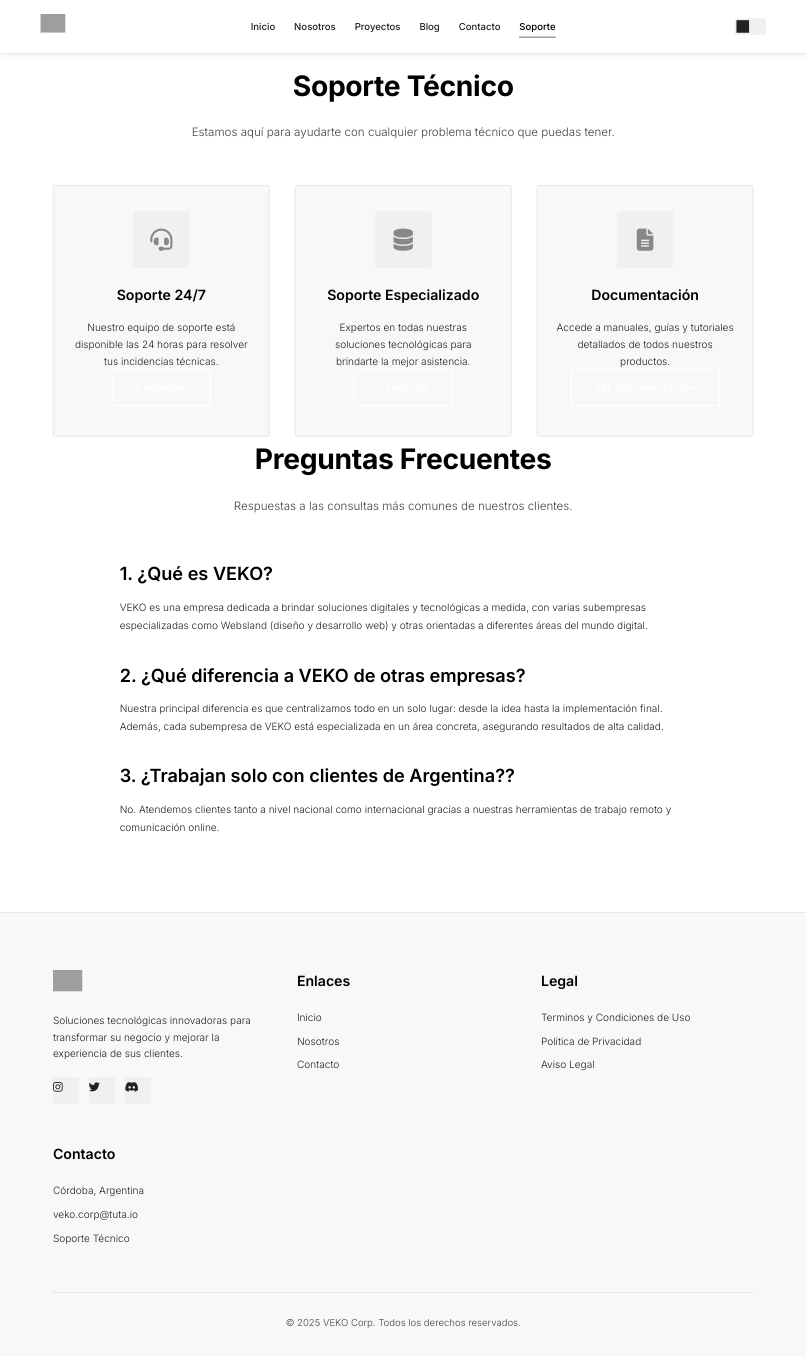
Repository: VEKO-Corp/veko-web
Page: soporte.html
These files come from the project's save history. The page is drawn as it stood at one moment and after the next save; the edit follows.
The browser window is 1280 px wide. The pictures show the whole page, at 63% of full size.
Pictures or frames that could not be fetched are drawn as grey boxes.

Above is the page before, as saved 2025-08-11 21:49:04.

### soporte.html
<!DOCTYPE html>
<html lang="es">
<head>
    <meta charset="UTF-8">
    <meta name="viewport" content="width=device-width, initial-scale=1.0">
    <title>Soporte - VEKO</title>
    <link href="https://fonts.googleapis.com/css2?family=Inter:wght@300;400;500;600;700&display=swap" rel="stylesheet">
    <link rel="stylesheet" href="css/style.css">
    <link rel="stylesheet" href="https://cdnjs.cloudflare.com/ajax/libs/font-awesome/6.4.0/css/all.min.css">
</head>
<body>
    <header>
        <div class="container header-container">
            <a href="index.html" class="logo">
                <img id="logo-image" src="img/logo-light.png" alt="VEKO">
            </a>
            <button class="mobile-menu-btn">☰</button>
            <nav>
                <ul>
                    <li><a href="index.html">Inicio</a></li>
                    <li><a href="nosotros.html">Nosotros</a></li>
                    <li><a href="proyectos.html">Proyectos</a></li>
                    <li><a href="blog.html">Blog</a></li>
                    <li><a href="contacto.html">Contacto</a></li>
                    <li><a href="soporte.html" class="active">Soporte</a></li>
                </ul>
            </nav>
            <div class="theme-toggle" id="themeToggle" aria-label="Cambiar tema">
                <div class="switch-handle"></div>
            </div>
        </div>
    </header>

    <section class="content-section">
        <div class="container">
            <div class="section-title">
                <h2>Soporte Técnico</h2>
                <p>Estamos aquí para ayudarte con cualquier problema técnico que puedas tener.</p>
            </div>

            <div class="services-grid">
                <div class="service-card fade-in">
                    <div class="service-icon"><i class="fas fa-headset"></i></div>
                    <h3>Soporte 24/7</h3>
                    <p>Nuestro equipo de soporte está disponible las 24 horas para resolver tus incidencias técnicas.</p>
                    <a href="contacto.html" class="btn">Contactar</a>
                </div>

                <div class="service-card fade-in delay-1">
                    <div class="service-icon"><i class="fas fa-database"></i></div>
                    <h3>Soporte Especializado</h3>
                    <p>Expertos en todas nuestras soluciones tecnológicas para brindarte la mejor asistencia.</p>
                    <a href="contacto.html" class="btn">Contactar</a>
                </div>

                <div class="service-card fade-in delay-2">
                    <div class="service-icon"><i class="fas fa-file-alt"></i></div>
                    <h3>Documentación</h3>
                    <p>Accede a manuales, guías y tutoriales detallados de todos nuestros productos.</p>
                    <a href="#" class="btn">Ver Documentación</a>
                </div>
            </div>

            <div class="section-title">
                <h2>Preguntas Frecuentes</h2>
                <p>Respuestas a las consultas más comunes de nuestros clientes.</p>
            </div>

            <div class="content-container">
                <h3>1. ¿Qué es VEKO?</h3>
                <p>VEKO es una empresa dedicada a brindar soluciones digitales y tecnológicas a medida, con varias subempresas especializadas como Websland (diseño y desarrollo web) y otras orientadas a diferentes áreas del mundo digital.</p>

                <h3>2. ¿Qué diferencia a VEKO de otras empresas?</h3>
                <p>Nuestra principal diferencia es que centralizamos todo en un solo lugar: desde la idea hasta la implementación final. Además, cada subempresa de VEKO está especializada en un área concreta, asegurando resultados de alta calidad.</p>

                <h3>3. ¿Trabajan solo con clientes de Argentina??</h3>
                <p>No. Atendemos clientes tanto a nivel nacional como internacional gracias a nuestras herramientas de trabajo remoto y comunicación online.</p>
            </div>
        </div>
    </section>

    <footer>
        <div class="container">
            <div class="footer-content">
                <div class="footer-column fade-in">
                    <div class="logo-footer">
                        <img id="footer-logo" src="img/logo-light.png" alt="VEKO">
                    </div>
                    <p>Soluciones tecnológicas innovadoras para transformar su negocio y mejorar la experiencia de sus clientes.</p>
                    <div class="social-icons">
                        <a href="https://instagram.com" class="social-icon" target="_blank" rel="noopener">
                        <i class="fab fa-instagram"></i>
                        </a>
                        <a href="https://twitter.com" class="social-icon" target="_blank" rel="noopener">
                        <i class="fab fa-twitter"></i>
                        </a>
                        <a href="https://discord.gg/Fd7Y59jMyu" class="social-icon" target="_blank" rel="noopener">
                        <i class="fab fa-discord"></i>
                        </a>
                    </div>
                </div>

                <div class="footer-column fade-in delay-1">
                    <h3>Enlaces</h3>
                    <a href="index.html">Inicio</a>
                    <a href="nosotros.html">Nosotros</a>
                    <a href="contacto.html">Contacto</a>
                </div>

                <div class="footer-column fade-in delay-2">
                    <h3>Legal</h3>
                    <a href="terminos-y-condiciones-de-uso.html">Terminos y Condiciones de Uso</a>
                    <a href="politica-de-privacidad.html">Politica de Privacidad</a>
                    <a href="aviso-legal.html">Aviso Legal</a>
                </div>

                <div class="footer-column fade-in delay-3">
                    <h3>Contacto</h3>
                    <p>Córdoba, Argentina</p>
                    <p>veko.corp@tuta.io</p>
                    <a href="soporte.html">Soporte Técnico</a>
                </div>
            </div>

            <div class="footer-bottom fade-in delay-4">
                <p>&copy; 2025 VEKO Corp. Todos los derechos reservados.</p>
            </div>
        </div>
    </footer>

    <script src="js/script.js"></script>
</body>
</html>

### css/style.css
:root {
    /* Variables para modo claro */
    --bg-primary: #FFFFFF;
    --bg-secondary: #F8F8F8;
    --bg-tertiary: #F0F0F0;
    --text-primary: #000000;
    --text-secondary: #222222;
    --text-tertiary: #444444;
    --accent: #888888;
    --accent-light: #CCCCCC;
    --border: #DDDDDD;
    --button-bg: #222222;
    --button-text: #FFFFFF;
    --shadow: rgba(0, 0, 0, 0.08);
    --overlay: rgba(0, 0, 0, 0.5);
}

.dark-mode {
    /* Variables para modo oscuro */
    --bg-primary: #000000;
    --bg-secondary: #111111;
    --bg-tertiary: #1A1A1A;
    --text-primary: #FFFFFF;
    --text-secondary: #E0E0E0;
    --text-tertiary: #AAAAAA;
    --accent: #777777;
    --accent-light: #333333;
    --border: #333333;
    --button-bg: #EEEEEE;
    --button-text: #000000;
    --shadow: rgba(255, 255, 255, 0.05);
    --overlay: rgba(0, 0, 0, 0.7);
}

* {
    margin: 0;
    padding: 0;
    box-sizing: border-box;
    transition: background-color 0.4s ease, color 0.4s ease, border-color 0.4s ease, transform 0.4s cubic-bezier(0.25, 0.46, 0.45, 0.94);
}

body {
    font-family: 'Inter', sans-serif;
    background-color: var(--bg-primary);
    color: var(--text-primary);
    line-height: 1.65;
    overflow-x: hidden;
    -webkit-font-smoothing: antialiased;
    -moz-osx-font-smoothing: grayscale;
}

.container {
    width: 90%;
    max-width: 1280px;
    margin: 0 auto;
    padding: 0 20px;
}

/* Header y navegación */
header {
    position: fixed;
    top: 0;
    left: 0;
    width: 100%;
    background-color: var(--bg-primary);
    border-bottom: 1px solid var(--border);
    z-index: 1000;
    transition: all 0.4s ease;
    box-shadow: 0 2px 10px var(--shadow);
}

header.scrolled {
    box-shadow: 0 6px 20px var(--shadow);
}

.header-container {
    display: flex;
    justify-content: space-between;
    align-items: center;
    padding: 18px 0;
}

.logo {
    font-size: 1.8rem;
    font-weight: 700;
    color: var(--text-primary);
    text-decoration: none;
    letter-spacing: -0.5px;
}

.logo span {
    font-weight: 300;
}

/* Estilos para logos */
.header-container .logo img {
    height: 30px;
    width: auto;
    transition: all 0.4s ease;
}

.footer-column .logo-footer img {
    height: 35px;
    width: auto;
    margin-bottom: 25px;
}

nav ul {
    display: flex;
    list-style: none;
}

nav ul li {
    margin-left: 30px;
}

nav ul li a {
    color: var(--text-secondary);
    text-decoration: none;
    font-weight: 500;
    font-size: 0.95rem;
    position: relative;
    padding: 8px 0;
    transition: color 0.3s ease;
}

nav ul li a:after {
    content: '';
    position: absolute;
    bottom: 0;
    left: 0;
    width: 0;
    height: 2px;
    background-color: var(--accent);
    transition: width 0.4s cubic-bezier(0.22, 0.61, 0.36, 1);
}

nav ul li a:hover:after,
nav ul li a.active:after {
    width: 100%;
}

nav ul li a:hover,
nav ul li a.active {
    color: var(--text-primary);
}

.theme-toggle {
    position: relative;
    width: 50px;
    height: 26px;
    background-color: var(--bg-tertiary);
    border-radius: 2px;
    cursor: pointer;
    overflow: hidden;
    margin-left: 20px;
}

.switch-handle {
    position: absolute;
    top: 3px;
    left: 3px;
    width: 20px;
    height: 20px;
    background-color: var(--button-bg);
    transition: all 0.4s cubic-bezier(0.22, 0.61, 0.36, 1);
}

.dark-mode .switch-handle {
    transform: translateX(24px);
}

.mobile-menu-btn {
    display: none;
    background: none;
    border: none;
    font-size: 1.5rem;
    color: var(--text-primary);
    cursor: pointer;
    padding: 5px;
}

/* Banner principal */
.hero {
    height: 100vh;
    display: flex;
    align-items: center;
    background:
        linear-gradient(var(--overlay), var(--overlay)),
        url('data:[embedded picture, 230 characters]');
    background-size: cover;
    background-position: center;
    position: relative;
    margin-top: 80px;
}

.hero-content {
    max-width: 780px;
    color: white;
    transform: translateY(30px);
    opacity: 0;
    animation: fadeUp 1s forwards 0.3s;
}

.hero h1 {
    font-size: 4.2rem;
    font-weight: 700;
    margin-bottom: 25px;
    line-height: 1.15;
    letter-spacing: -0.5px;
}

.hero p {
    font-size: 1.3rem;
    margin-bottom: 40px;
    max-width: 650px;
    font-weight: 300;
}

/* Botones con animación de relleno */
.btn {
    display: inline-block;
    position: relative;
    background-color: transparent;
    color: var(--button-text);
    padding: 14px 36px;
    border-radius: 0;
    text-decoration: none;
    font-weight: 600;
    font-size: 1rem;
    letter-spacing: 0.5px;
    border: 2px solid var(--button-text);
    overflow: hidden;
    z-index: 1;
    transition: color 0.4s ease;
}

.btn:before {
    content: '';
    position: absolute;
    top: 0;
    left: 0;
    width: 0;
    height: 100%;
    background: var(--button-text);
    transition: width 0.5s cubic-bezier(0.22, 0.61, 0.36, 1);
    z-index: -1;
}

.btn:hover:before {
    width: 100%;
}

.btn:hover {
    color: var(--button-bg);
}

/* Secciones comunes */
section {
    padding: 120px 0;
}

.section-title {
    text-align: center;
    margin-bottom: 70px;
}

.section-title h2 {
    font-size: 2.8rem;
    font-weight: 700;
    margin-bottom: 20px;
    color: var(--text-primary);
    letter-spacing: -0.5px;
}

.section-title p {
    font-size: 1.15rem;
    color: var(--text-tertiary);
    max-width: 700px;
    margin: 0 auto;
    font-weight: 300;
}

/* Estilos para páginas de contenido (ej: aviso legal, política de privacidad) */
.content-section {
    padding: 100px 0;
}

.content-container {
    max-width: 900px;
    margin: 0 auto;
}

.content-container h1 {
    font-size: 2.8rem;
    margin-bottom: 30px;
    color: var(--text-primary);
    font-weight: 700;
    letter-spacing: -0.5px;
}

.content-container h2 {
    font-size: 2.2rem;
    margin: 50px 0 25px;
    color: var(--text-primary);
    font-weight: 600;
}

.content-container h3 {
    font-size: 1.8rem;
    margin: 40px 0 15px;
    color: var(--text-primary);
    font-weight: 600;
}

.content-container p {
    margin-bottom: 20px;
    color: var(--text-secondary);
    font-weight: 300;
    line-height: 1.8;
}

.content-container ul, .content-container ol {
    margin: 20px 0;
    padding-left: 30px;
}

.content-container li {
    margin-bottom: 10px;
    color: var(--text-secondary);
    font-weight: 300;
    line-height: 1.8;
}

.content-container a {
    color: var(--accent);
    text-decoration: none;
    transition: color 0.3s ease;
}

.content-container a:hover {
    color: var(--text-primary);
    text-decoration: underline;
}

/* Sección Nosotros */
.about-content {
    display: flex;
    gap: 60px;
    align-items: center;
}

.about-text {
    flex: 1;
}

.about-text h3 {
    font-size: 2rem;
    margin-bottom: 25px;
    color: var(--text-primary);
    font-weight: 600;
}

.about-text p {
    margin-bottom: 25px;
    color: var(--text-secondary);
    font-weight: 300;
}

.about-image {
    flex: 1;
    height: 460px;
    background-color: var(--bg-tertiary);
    display: flex;
    align-items: center;
    justify-content: center;
    color: var(--text-tertiary);
    border-radius: 4px;
    overflow: hidden;
    position: relative;
    box-shadow: 0 10px 30px var(--shadow);
}

.about-image:after {
    content: '';
    position: absolute;
    top: 0;
    left: 0;
    width: 100%;
    height: 100%;
    background: linear-gradient(45deg, rgba(0,0,0,0.05), rgba(0,0,0,0.1));
}

/* Sección Servicios */
.services-grid {
    display: grid;
    grid-template-columns: repeat(auto-fill, minmax(320px, 1fr));
    gap: 40px;
}

.service-card {
    background-color: var(--bg-secondary);
    border-radius: 4px;
    padding: 40px 30px;
    text-align: center;
    position: relative;
    overflow: hidden;
    border: 1px solid var(--border);
    transition: transform 0.4s ease, box-shadow 0.4s ease;
}

.service-card:hover {
    transform: translateY(-10px);
    box-shadow: 0 15px 40px var(--shadow);
}

.service-icon {
    width: 90px;
    height: 90px;
    background-color: var(--bg-tertiary);
    border-radius: 4px;
    margin: 0 auto 25px;
    display: flex;
    align-items: center;
    justify-content: center;
    color: var(--accent);
    font-size: 2.2rem;
    font-weight: 300;
    transition: transform 0.4s ease;
}

.service-card:hover .service-icon {
    transform: scale(1.1);
}

.service-card h3 {
    font-size: 1.4rem;
    margin-bottom: 20px;
    color: var(--text-primary);
    font-weight: 600;
}

.service-card p {
    color: var(--text-secondary);
    font-size: 1rem;
    font-weight: 300;
    max-width: 300px;
    margin: 0 auto;
}

/* Sección Equipo */
.team-grid {
    display: grid;
    grid-template-columns: repeat(auto-fill, minmax(260px, 1fr));
    gap: 35px;
    margin-top: 60px;
}

.team-member {
    background-color: var(--bg-secondary);
    border-radius: 4px;
    overflow: hidden;
    text-align: center;
    position: relative;
    box-shadow: 0 5px 20px var(--shadow);
    transition: transform 0.4s ease;
}

.team-member:hover {
    transform: translateY(-10px);
}

.member-photo {
    height: 280px;
    background-color: var(--bg-tertiary);
    display: flex;
    align-items: center;
    justify-content: center;
    color: var(--text-tertiary);
    font-size: 1.1rem;
    position: relative;
}

.member-photo:after {
    content: '';
    position: absolute;
    bottom: 0;
    left: 0;
    width: 100%;
    height: 40%;
    background: linear-gradient(to top, rgba(0,0,0,0.2), transparent);
}

.member-info {
    padding: 25px 20px;
}

.member-info h4 {
    font-size: 1.25rem;
    margin-bottom: 8px;
    color: var(--text-primary);
    font-weight: 600;
}

.member-info p {
    color: var(--accent);
    font-size: 0.95rem;
    font-weight: 400;
}

/* Footer */
footer {
    background-color: var(--bg-secondary);
    padding: 90px 0 40px;
    border-top: 1px solid var(--border);
}

.footer-content {
    display: grid;
    grid-template-columns: repeat(auto-fit, minmax(260px, 1fr));
    gap: 50px;
    margin-bottom: 60px;
}

.footer-column h3 {
    font-size: 1.4rem;
    margin-bottom: 25px;
    color: var(--text-primary);
    font-weight: 600;
}

.footer-column p, .footer-column a {
    color: var(--text-secondary);
    margin-bottom: 12px;
    display: block;
    text-decoration: none;
    transition: color 0.3s ease;
    font-weight: 300;
}

.footer-column a:hover {
    color: var(--text-primary);
}

.social-icons {
    display: flex;
    gap: 15px;
    margin-top: 25px;
}

.social-icon {
    width: 42px;
    height: 42px;
    border-radius: 0;
    background-color: var(--bg-tertiary);
    display: flex;
    align-items: center;
    justify-content: center;
    color: var(--text-primary);
    text-decoration: none;
    transition: all 0.4s ease;
    font-size: 1.1rem;
    position: relative;
    overflow: hidden;
    z-index: 1;
}

.social-icon:before {
    content: '';
    position: absolute;
    top: 0;
    left: 0;
    width: 0;
    height: 100%;
    background: var(--accent-light);
    transition: width 0.4s ease;
    z-index: -1;
}

.social-icon:hover:before {
    width: 100%;
}

.footer-bottom {
    text-align: center;
    padding-top: 35px;
    border-top: 1px solid var(--border);
    color: var(--text-tertiary);
    font-size: 0.95rem;
    font-weight: 300;
}

/* Animaciones */
@keyframes fadeUp {
    from {
        opacity: 0;
        transform: translateY(30px);
    }
    to {
        opacity: 1;
        transform: translateY(0);
    }
}

.fade-in {
    opacity: 0;
    transform: translateY(30px);
    transition: opacity 0.8s ease, transform 0.8s ease;
}

.fade-in.appear {
    opacity: 1;
    transform: translateY(0);
}

.delay-1 { transition-delay: 0.1s; }
.delay-2 { transition-delay: 0.2s; }
.delay-3 { transition-delay: 0.3s; }
.delay-4 { transition-delay: 0.4s; }
.delay-5 { transition-delay: 0.5s; }

/* Responsive */
@media (max-width: 1200px) {
    .hero h1 {
        font-size: 3.6rem;
    }
}

@media (max-width: 992px) {
    .hero h1 {
        font-size: 3.2rem;
    }

    .about-content {
        flex-direction: column;
    }

    .about-image {
        width: 100%;
        height: 380px;
    }

    section {
        padding: 90px 0;
    }

    .content-section {
        padding: 80px 0;
    }
}

@media (max-width: 768px) {
    .mobile-menu-btn {
        display: block;
    }

    nav {
        position: fixed;
        top: 80px;
        left: 0;
        width: 100%;
        background-color: var(--bg-primary);
        border-top: 1px solid var(--border);
        border-bottom: 1px solid var(--border);
        height: 0;
        overflow: hidden;
        transition: height 0.4s ease;
    }

    nav.active {
        height: auto;
        padding: 20px 0;
    }

    nav ul {
        flex-direction: column;
        align-items: center;
    }

    nav ul li {
        margin: 12px 0;
    }

    .hero h1 {
        font-size: 2.8rem;
    }

    .hero p {
        font-size: 1.15rem;
    }

    .section-title h2 {
        font-size: 2.4rem;
    }

    .content-section {
        padding: 70px 0;
    }

    .content-container h1 {
        font-size: 2.4rem;
    }

    .content-container h2 {
        font-size: 2rem;
    }

    .content-container h3 {
        font-size: 1.5rem;
    }
}

@media (max-width: 576px) {
    .hero h1 {
        font-size: 2.4rem;
    }

    .section-title h2 {
        font-size: 2rem;
    }

    .btn {
        padding: 12px 28px;
    }

    .content-container h1 {
        font-size: 2.1rem;
    }

    .content-container h2 {
        font-size: 1.8rem;
    }
}

/* Estilos para formulario de contacto */
.contact-form {
    display: flex;
    flex-direction: column;
    gap: 20px;
}

/* Estilos específicos para botones de formulario */
.contact-form .btn {
    background-color: var(--button-bg);
    color: var(--button-text);
    border: 2px solid var(--button-bg);
}

.contact-form .btn:hover {
    color: var(--button-bg);
    background-color: transparent;
}

.contact-form .btn:before {
    background: var(--button-text);
}

/* Estilos para información de contacto */
.contact-info-list {
    list-style: none;
    padding: 0;
    margin-top: 30px;
    width: 100%;
}

.contact-info-list li {
    display: flex;
    align-items: flex-start;
    margin-bottom: 25px;
    padding-bottom: 25px;
    border-bottom: 1px solid var(--border);
}

.contact-info-list li:last-child {
    margin-bottom: 0;
    padding-bottom: 0;
    border-bottom: none;
}

.contact-icon {
    width: 50px;
    height: 50px;
    background-color: var(--bg-tertiary);
    display: flex;
    align-items: center;
    justify-content: center;
    border-radius: 4px;
    margin-right: 15px;
    flex-shrink: 0;
}

.contact-icon i {
    font-size: 1.4rem;
    color: var(--accent);
}

.contact-detail {
    flex-grow: 1;
}

.contact-detail strong {
    display: block;
    font-weight: 600;
    color: var(--text-primary);
    margin-bottom: 5px;
}

.contact-detail p {
    margin: 0;
    color: var(--text-secondary);
}

.contact-info {
    flex: 1;
    background-color: var(--bg-secondary);
    padding: 40px;
    border-radius: 4px;
    box-shadow: 0 5px 20px var(--shadow);
}

.form-group {
    display: flex;
    flex-direction: column;
    gap: 8px;
}

.form-group label {
    font-weight: 500;
    color: var(--text-primary);
}

.form-group input,
.form-group textarea {
    padding: 12px 15px;
    border: 1px solid var(--border);
    background-color: var(--bg-primary);
    color: var(--text-primary);
    font-family: 'Inter', sans-serif;
    font-size: 1rem;
}

.form-group textarea {
    resize: vertical;
    min-height: 120px;
}

Loaded but not shown: js/script.js (119 lines, source omitted)

After the next save:
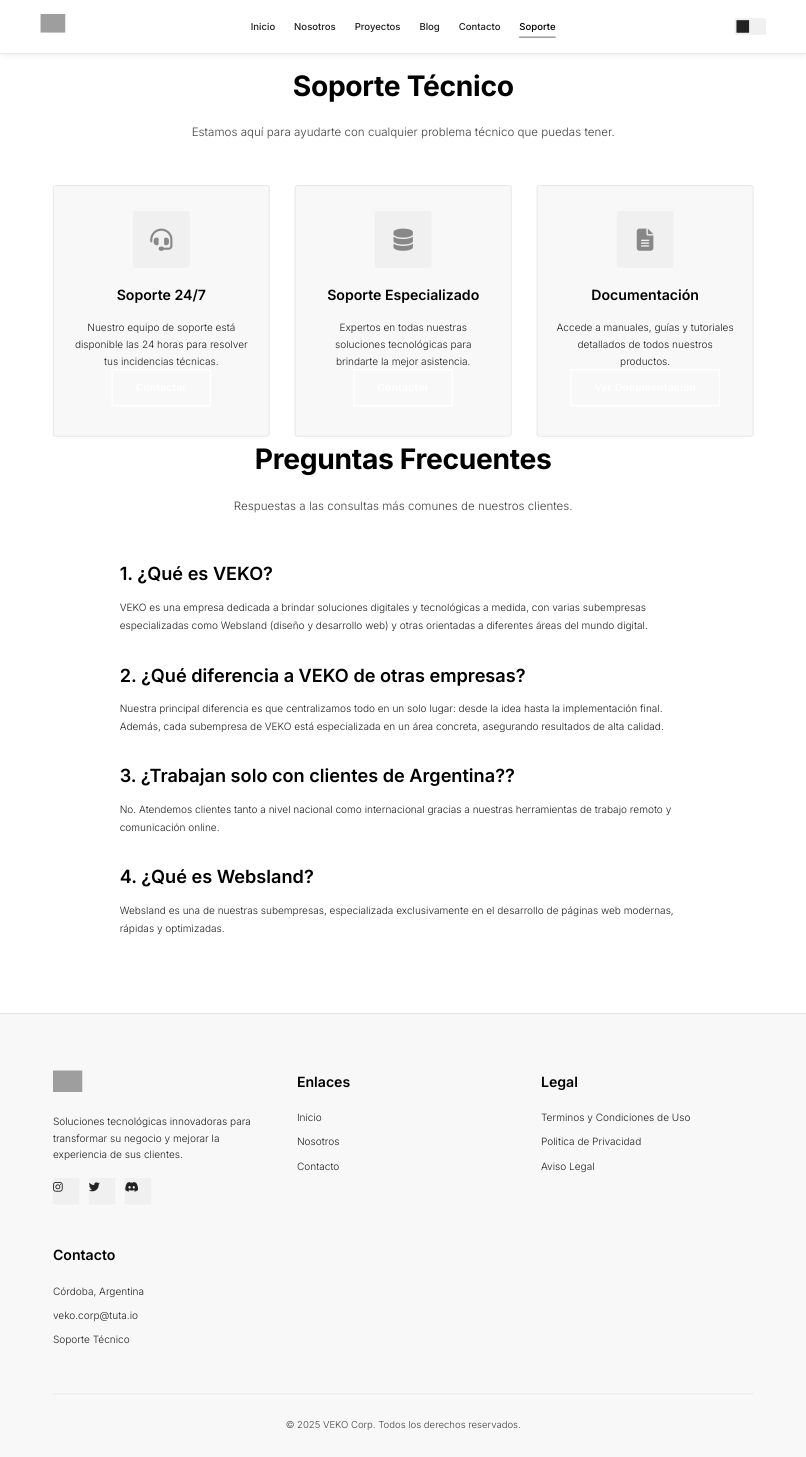
Saved 24 s later.
--- a/soporte.html
+++ b/soporte.html
@@ -75,6 +75,9 @@
 
                 <h3>3. ¿Trabajan solo con clientes de Argentina??</h3>
                 <p>No. Atendemos clientes tanto a nivel nacional como internacional gracias a nuestras herramientas de trabajo remoto y comunicación online.</p>
+
+                <h3>4. ¿Qué es Websland?</h3>
+                <p>Websland es una de nuestras subempresas, especializada exclusivamente en el desarrollo de páginas web modernas, rápidas y optimizadas.</p>
             </div>
         </div>
     </section>
